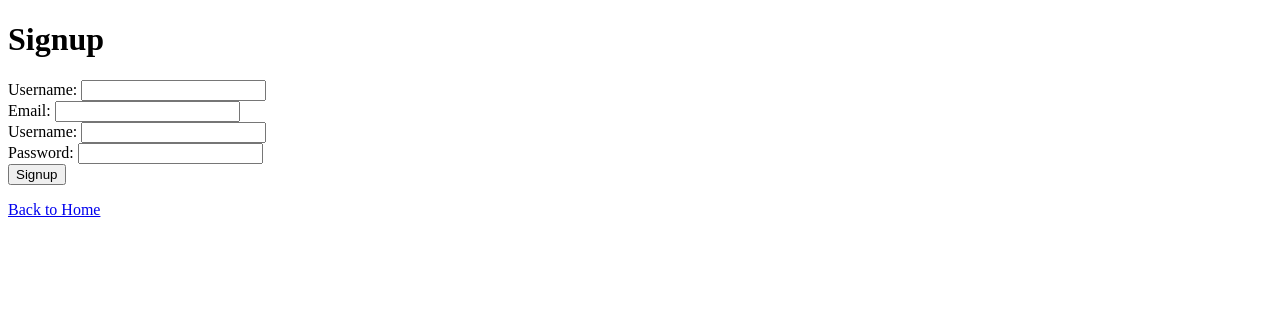
Repository: Ananyashettyy/CoreJavaRepo
Page: http://localhost/Login-Register/register.jsp
The author's editor kept a copy of each file at every save. The page is drawn from the files as they stood at one save, then again after the next save.
The browser window is 1280 px wide. The pictures show the whole page.
The page is served by Tomcat 10.

Above is the page before, as saved 2025-03-11 07:28:53.

After the next save:
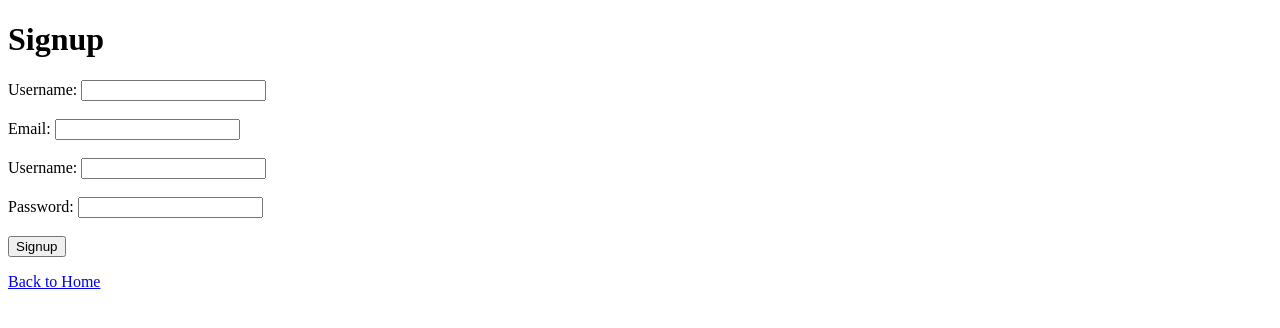
Saved 23 s later.
--- a/eclipse-workspace/Login-Register/src/main/webapp/register.jsp
+++ b/eclipse-workspace/Login-Register/src/main/webapp/register.jsp
@@ -12,13 +12,13 @@
         <h1>Signup</h1>
         <form action="LoginServlet" method="post"> <!-- Change method to "post" -->
             <label for="username">Username:</label>
-            <input type="text" id="username" name="username" required><br>
+            <input type="text" id="username" name="username" required><br><br>
             <label for="username">Email:</label>
-            <input type="text" id="username" name="username" required><br>
+            <input type="text" id="username" name="username" required><br><br>
             <label for="username">Username:</label>
-            <input type="text" id="username" name="username" required><br>
+            <input type="text" id="username" name="username" required><br><br>
             <label for="password">Password:</label>
-            <input type="password" id="password" name="password" required><br>
+            <input type="password" id="password" name="password" required><br><br>
             <button type="submit">Signup</button>
         </form>
 
